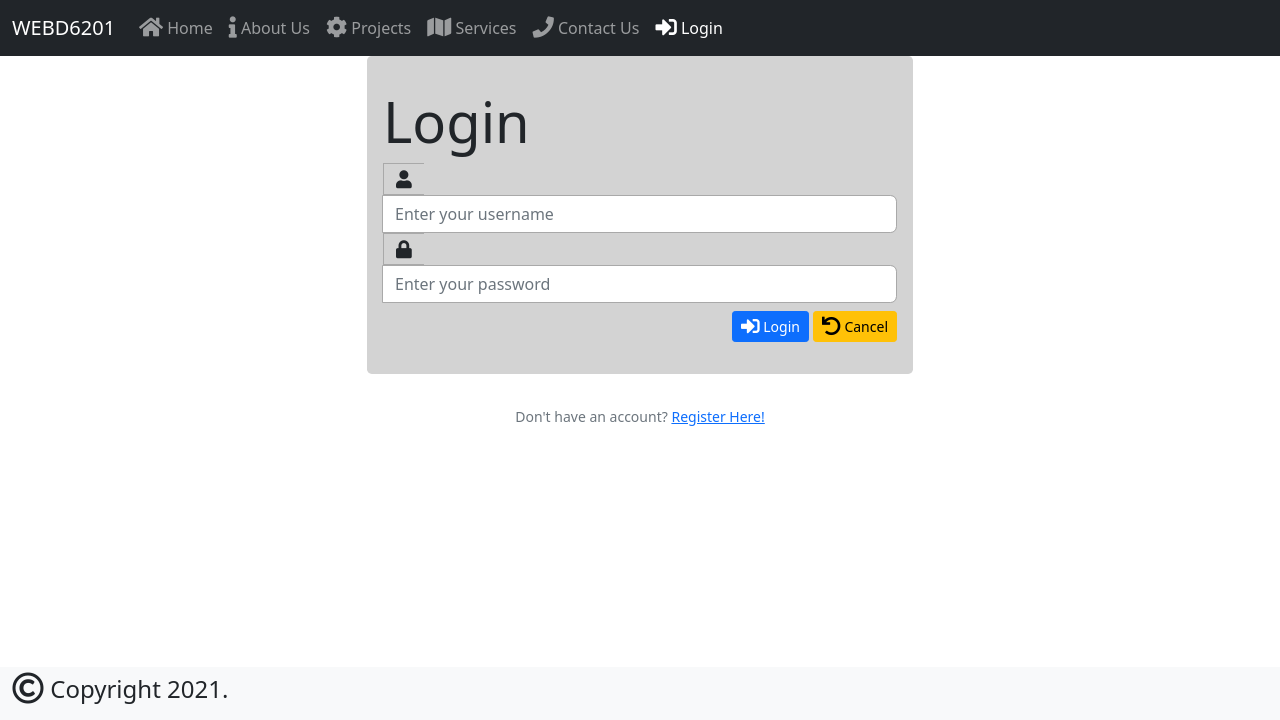
Repository: GarlicButterBoy/WEBD6201-ICE05
Page: login.html
The author's editor kept a copy of each file at every save. The page is drawn from the files as they stood at one save, then again after a run of saves.
The browser window is 1280 px wide. The pictures show the whole page.

Above is the page before, as saved 2021-02-18 08:26:30.

### login.html
<!DOCTYPE html>
<html lang="en">
<head>
    <meta charset="UTF-8">
    <meta name="viewport" content="width=device-width, initial-scale=1.0">
    <title>Login</title>
    <!-- CSS Section -->
    <link rel="stylesheet" href="./node_modules/bootstrap/dist/css/bootstrap.min.css">
    <link rel="stylesheet" href="./node_modules/@fortawesome/fontawesome-free/css/all.min.css">
    <link rel="stylesheet" href="./Content/app.css">
</head>
<body>
    <!-- Main Header -->
    <header>
        <!-- Main Navigation -->
        <nav class="navbar navbar-expand-lg navbar-dark bg-dark">
            <div class="container-fluid">
              <a class="navbar-brand" href="index.html">WEBD6201</a>
              <button class="navbar-toggler" type="button" data-bs-toggle="collapse" data-bs-target="#navbarSupportedContent" aria-controls="navbarSupportedContent" aria-expanded="false" aria-label="Toggle navigation">
                <span class="navbar-toggler-icon"></span>
              </button>
              <div class="collapse navbar-collapse" id="navbarSupportedContent">
                <ul class="navbar-nav me-auto mb-2 mb-lg-0">
                  <li class="nav-item">
                    <a class="nav-link" aria-current="page" href="index.html"><i class="fas fa-home fa-lg"></i> Home</a>
                  </li>

                  <li class="nav-item">
                    <a class="nav-link" aria-current="page" href="about.html"><i class="fas fa-info fa-lg"></i> About Us</a>
                  </li>

                  <li class="nav-item">
                    <a class="nav-link" aria-current="page" href="projects.html"><i class="fas fa-cog fa-lg"></i> Projects</a>
                  </li>

                  <li class="nav-item">
                    <a class="nav-link" aria-current="page" href="services.html"><i class="fas fa-map fa-lg"></i> Services</a>
                  </li>

                  <li class="nav-item">
                    <a class="nav-link" aria-current="page" href="contact.html"><i class="fas fa-phone fa-lg"></i> Contact Us</a>
                  </li>
                  <li id="login" class="nav-item">
                    <a class="nav-link active" aria-current="page" href="login.html"><i class="fas fa-sign-in-alt fa-lg"></i> Login</a>
                  </li>
                </ul>
              </div>
            </div>
          </nav>
    </header>

    <!-- Main Content -->
    <main class="container" id="mainContent">
      <div class="row">
          <div class="offset-md-3 col-md-6 col-sm-12">
                <div class="login" id="contentArea">
                    <h1 class="display-4">Login</h1>


                    <div id="messageArea"></div>


                    <form id="loginForm" novalidate></form>
                      <div class="form-groupmb-2">
                        <div class="input-group">
                          <span class="input-group-addon">
                            <i class="fa fa-user">
                            </i>
                          </span>
                          <input type="text" class="form-control" id="contactName" name="username"  required
                          value="" placeholder="Enter your username">
                        </div>

                      </div>

                      <div class="form-group mb-2">
                        <div class="input-group">
                          <span class="input-group-addon">
                            <i class="fa fa-lock">
                            </i>
                          </span>
                          <input type="password" class="form-control" id="password" name="password"  required
                          value="" placeholder="Enter your password">
                        </div>

                      </div>
                      <div class="text-end">
                        <button id="submitButton" type="button" class="btn btn-primary btn-sm"><i class="fas fa-sign-in-alt fa-lg"></i> Login</button>
                        <button id="cancelButton" type="button" class="btn btn-warning btn-sm"><i class="fas fa-undo fa-lg"></i> Cancel</button>
                      </div>
                    </form>

                </div>
                <p class="text-center text-muted small">
                  Don't have an account?
                  <a href="register.html">Register Here!</a>
                </p>
          </div>
      </div>
  </main>

    <!-- Main Footer -->
    <footer>
        <nav class="navbar fixed-bottom navbar-light bg-light">
            <div class="container-fluid">
              <h4><i class="far fa-copyright fa-lg"></i> Copyright 2021.</h4>
            </div>
          </nav>
    </footer>

    <!-- Script Section-->
    <script src="./node_modules/jquery/dist/jquery.min.js"></script>
    <script src="./node_modules/bootstrap/dist/js/bootstrap.bundle.min.js"></script>

    <script src="./Scripts/namespace.js"></script>
    <script src="./Scripts/user.js"></script>
    <script src="./Scripts/app.js"></script>

</body>
</html>

### Content/app.css
/* custom css goes here */
.input-group-addon:first-child
{
    border-right: 0;
}

.input-group-addon
{
    padding: 6px 12px;
    font-size: 14px;
    font-weight: 400;
    line-height: 1;
    text-align: center;
    border: 1px solid darkgrey;
    border-radius: 4xpx;
}

.input-group-addon .fa
{
    font-size: 18px;
}

.input-group .form-control
{
    position:relative;
    z-index: 2;
    float:left;
    width: 100%;
    margin-bottom: 0;
}

.input-group .form-control:last-child
{
    border-top-left-radius: 0;
    border-bottom-left-radius: 0;
}



.login
{
    padding: 2rem 1rem;
    margin-bottom: 2rem;
    background-color: lightgrey;
    border-radius: .3rem;
}

.login input
{
    background-color: white;
    border-color: darkgrey;
    border-radius: .4em;
    width: 100%;
}

### Scripts/namespace.js

//namespace core
let core;

### Scripts/user.js
"use strict";
// User Class

((core)=>
{
  class User
  {
    // getters and setters
    get DisplayName()
    {
      return this.m_displayName;
    }

    set DisplayName(value)
    {
      this.m_displayName = value;
    }

    get EmailAddress()
    {
      return this.m_emailAddress;
    }

    set EmailAddress(value)
    {
      this.m_emailAddress = value;
    }

    get Username()
    {
      return this.m_username;
    }

    set Username(value)
    {
      this.m_username = value;
    }

    get Password()
    {
      return this.m_password;
    }

    set Password(value)
    {
      this.m_password = value;
    }

    // constructor

    /**
     * Creates an instance of User.
     * @param {string} [displayName=""]
     * @param {string} [emailAddress=""]
     * @param {string} [username=""]
     * @param {string} [password=""]
     */
    constructor(displayName = "", emailAddress = "", username = "", password="")
    {
      this.DisplayName = displayName;
      this.EmailAddress = emailAddress;
      this.Username = username;
      this.Password = password;
    }

    // methods

    /**
     * This method overrides the built-in toString method for the User class
     *
     * @returns {string}
     */
    toString()
    {
      return `Display Name     : ${this.DisplayName} \nEmail Address : ${this.EmailAddress} \nUsername : ${this.Username}`;
    }

    /**
     * This method returns a JSON object made up of the properties of the User class
     *
     * @returns {Object}
     */
    toJSON()
    {
      return {
        "DisplayName": this.DisplayName,
        "EmailAddress": this.EmailAddress,
        "Username": this.Username
      }
    }

    /**
     * This method takes a JSON data object and assigns the values to the User class properties
     *
     * @param {Object} data
     */
    fromJSON(data)
    {
      this.DisplayName = data.DisplayName;
      this.EmailAddress = data.EmailAddress;
      this.Username = data.Username;
      this.Password = data.Password;
    }

    /**
     * This method converts the User into a comma-separated value string
     *
     * @returns {string}
     */
    serialize()
    {
      if(this.DisplayName !== "" && this.EmailAddress !== "" && this.Username !== "")
      {
        return `${this.DisplayName},${this.EmailAddress},${this.Username}`;
      }
      else
      {
        console.error("One or more properties of the User is empty");
        return null;
      }
    }

    /**
     * This method takes a comma-separated data string and assigns the values to the User class properties
     *
     * @param {string} data
     * @return {void}
     */
    deserialize(data)
    {
      let propertyArray = data.split(",");
      this.DisplayName = propertyArray[0];
      this.EmailAddress = propertyArray[1];
      this.Username = propertyArray[2];
    }
  }

  core.User = User;

})(core || (core={}));

### Scripts/app.js
/* custom JavaScript goes here */

//IIFE - Immediately Invoked Function Expression
//AKA - Anonymous Self-Executing Function
//Closure - limits scope leak

"use strict";
/* Example of a class being created with brand new functions
let myContact =
{
  "firstName":"Nick SF",
  "contactNumber":"905-123-4567",
  "emailAddress":"email@test.com",
  "saysHello":function() { console.log(`${fullName} says Hello!`); },
  "someOtherObject":{  "friendsList":["Tony", "Stephen", "Peter"]  }

};*/

((core) =>
{
    function displayHome()
    {
/*
      $("button").on("mouseover", function(){
        console.log("JQuery Click");
      });

      let myButton = document.querySelectorAll("button")[1];
      myButton.addEventListener("click", () => {
        console.log("Button Clicked!");
      });
*/
      //console.log(myButton);

        let paragraphOneText =
          "This is a simple site to demonstrate DOM Manipulation for ICE 1";

        let paragraphOneElement = document.getElementById("paragraphOne");

        paragraphOneElement.textContent = paragraphOneText;
        paragraphOneElement.className = "fs-5";

        // Step 1. document.createElement
        let newParagraph = document.createElement("p");
        // Step 2. configure the element
        newParagraph.setAttribute("id", "paragraphTwo");
        newParagraph.textContent = "...And this is paragraph two";
        // Step 3. select the parent element
        let mainContent = document.getElementsByTagName("main")[0];
        // Step 4. Add / Insert the element
        mainContent.appendChild(newParagraph);

        newParagraph.className = "fs-6";

        // another way of injecting content
        let paragraphDiv = document.createElement("div");
        let paragraphThree = `<p id="paragraphThree" class="fs-7 fw-bold">And this is the Third Paragraph</p>`;
        paragraphDiv.innerHTML = paragraphThree;

        // insertions

        // example of inserting before a node
        //newParagraph.before(paragraphDiv);

        // example of inserting after a node
        newParagraph.after(paragraphDiv);

        // deletions

        // example of removing a single element
        //paragraphOneElement.remove();

        // example of removeChild
        mainContent.removeChild(paragraphOneElement);

        // update / modification
        //mainContent.firstElementChild.textContent = "Welcome Home!";

        mainContent.innerHTML = `<h1 id="firstHeading">Welcome to WEBD6201 - Lab 1</h1>
         <p id="paragraphOne" class="fs-3 fw-bold">This is my first Paragraph</p>
        `;

    }

    function displayAbout()
    {

    }

    function displayProjects()
    {

    }

    function displayServices()
    {

    }

    function displayContact()
    {
        TestFullName();
        TestContactNumber();
        TestEmailAddress();

        //let fullName = document.getElementById("fullName");
        //fullName.addEventListener("blur", function() {});

        $("#sendButton").on("click", (event)=>
        {
          if ($("#subscribeCheckbox")[0].checked)
          {
            let contact = new core.Contact(fullName.value, contactNumber.value, emailAddress.value);
            if(contact.serialize()) //checking if the serialized object exists
            {
              let key = contact.FullName.substring(0, 1) + Date.now();

              localStorage.setItem(key, contact.serialize());
            }
          }
        });


    }
    function displayContactList()
    {
      /*
      //Step 1: Create an XHR Object
      let XHR = new XMLHttpRequest();

      //Step 2: Open the connection to file/url
      XHR.open("GET", "./Data/contacts.json");

      //Step 3: Send request to the server
      XHR.send();

      //Step 4: Listen for a response
      XHR.addEventListener("readystatechange", function()
      {
        let contactData = "";
        //Step 5: Ensure the server is ready and there are no errors
        if (XHR.readyState === 4 && XHR.status === 200)
        {
          let contacts = JSON.parse(XHR.responseText).contacts;


          let contactIndex = 0;

          //Step 6: Do something with the data
          for (const contact of contacts)
          {

            let newContact = new core.Contact();
            newContact.fromJSON(contact);

            contactData += `<tr>
                    <th scope="row">${contactIndex}</th>
                    <td>${newContact.FullName}</td>
                    <td>${newContact.ContactNumber}</td>
                    <td>${newContact.EmailAddress}</td>
                    <td class="text-center"><button class="btn btn-primary btn-sm edit" value="${contactIndex}"><i class="fas fa-sm fa-edit"></i> Edit</button></td>
                    <td class="text-center"><button class="btn btn-warning btn-sm delete" value="${contactIndex}"><i class="fas fa-sm fa-trash-alt"></i> Delete</button></td>
                    </tr>`;
            contactIndex++;
          }
          //console.log(JSON.parse(XHR.responseText));


        }

      });
      */
      //console.log("outside the event listener" + XHR.responseText);

      if(localStorage.length > 0)
      {
        let contactList = document.getElementById("contactList");

        let data = "";
        let keys = Object.keys(localStorage);

        let index = 1;

        for (const key of keys)
        {
          console.log(key);
          let contactData = localStorage.getItem((key).toString());

          console.log(contactData);

          let contact = new core.Contact();
          contact.deserialize(contactData);

          data += `<tr>
                  <th scope="row">${index}</th>
                  <td>${contact.FullName}</td>
                  <td>${contact.ContactNumber}</td>
                  <td>${contact.EmailAddress}</td>
                  <td class="text-center"><button class="btn btn-primary btn-sm edit" value="${key}"><i class="fas fa-sm fa-edit"></i> Edit</button></td>
                  <td class="text-center"><button class="btn btn-warning btn-sm delete" value="${key}"><i class="fas fa-sm fa-trash-alt"></i> Delete</button></td>
                  </tr>`;
          index++;
        }

        contactList.innerHTML = data;
        //TODO: Create an Edit page
        $("button.edit").on("click", function()
        {
          location.href = "edit.html#" + $(this).val();
        });


        $("button.delete").on("click", function()
        {
          if(confirm("Are you sure?"))
          {
            localStorage.removeItem($(this).val());
          }
          location.href = "contact-list.html";
        });

        $("#addButton").on("click", function()
        {
          location.href = "edit.html";
        })
      }


    }
    function displayEdit()
    {

      let key = location.hash.substring(1);

      let contact = new core.Contact();

      //Simple check to ensure the key is not empty
      if(key != "")
      {
        //get contact info from localStorage
        contact.deserialize(localStorage.getItem(key));
        //Display contact info
        $("#fullName").val(contact.FullName);
        $("#contactNumber").val(contact.ContactNumber);
        $("#emailAddress").val(contact.EmailAddress);
      }
      else
      {
        //modify the page so its an add, not an edit
        $("main>h1").text("Add Contact");
        $("#editButton").html(`<i class="fas fa-plus-square fa-lg"></i> Add`)

      }

      TestFullName();
      TestContactNumber();
      TestEmailAddress();

      //Edit Button
      $("#editButton").one("click", function()
      {

        if (document.forms[0].checkValidity())
        {
          //If key is empty, make new one
        if (key == "")
        {
          key = contact.FullName.substring(0, 1) + Date.now();
        }

        //Update the contact info using the newly typed data
        contact.FullName = $("#fullName").val();
        contact.ContactNumber = $("#contactNumber").val();
        contact.EmailAddress = $("#emailAddress").val();

        //Update localStorage
        localStorage.setItem(key, contact.serialize());
         //Navigate back to the contact-list.html
         location.href = "contact-list.html";
        }

      });
      //Cancel Button
      $("#cancelButton").on("click", function()
      {
        //return to contact-list.html
        location.href = "contact-list.html";
      });

    }

    function TestContactNumber()
    {
      let messageArea = $("#messageArea");
      let contactNumberPattern = /^(\+\d{1,2}\s)?\(?\d{3}\)?[\s.-]\d{3}[\s.-]\d{4}$/;
      // form validation
      $("#contactNumber").on("blur", function()
      {


        if(!contactNumberPattern.test($(this).val()))
          {
              //JQuery example of the lines below
             $(this).trigger("focus").trigger("select");
             messageArea.show().addClass("alert alert-danger").text("Please enter a valid phone number.");
          }
          else
          {
             //JQuery example of the line below
              messageArea.removeAttr("class").hide();
             //messageArea.hidden = true;
             //messageArea.removeAttribute("class");
          }
      });
    }

    function TestEmailAddress()
    {
      let messageArea = $("#messageArea");
      let emailAddressPattern = /^([a-zA-Z0-9._%-]+@[a-zA-Z0-9.-]+\.[a-zA-Z]{2,6})*$/;
      // form validation
      $("#emailAddress").on("blur", function()
      {


        if(!emailAddressPattern.test($(this).val()))
          {
              //JQuery example of the lines below
             $(this).trigger("focus").trigger("select");
             messageArea.show().addClass("alert alert-danger").text("Please enter a valid email address.");
          }
          else
          {
             //JQuery example of the line below
              messageArea.removeAttr("class").hide();
             //messageArea.hidden = true;
             //messageArea.removeAttribute("class");
          }
      });
    }

    function TestFullName()
    {
      //This is the same as below
      let messageArea = $("#messageArea").hide();
      let fullNamePattern = /([A-Z][a-z]{1,25})+(\s|,|-)([A-Z][a-z]{1,25})+(\s|,|-)*/;
      // form validation
      $("#fullName").on("blur", function()
      {


        if(!fullNamePattern.test($(this).val()))
          {
              //JQuery example of the lines below
             $(this).trigger("focus").trigger("select");
             messageArea.show().addClass("alert alert-danger").text("Please enter a valid Full Name. Must have a first and last name, starting with capital letters.");
          }
          else
          {
             //JQuery example of the line below
              messageArea.removeAttr("class").hide();
             //messageArea.hidden = true;
             //messageArea.removeAttribute("class");
          }
      });
  }

  function displayLogin()
  {


    //Cancel Button
    $("#cancelButton").on("click", function()
    {
      //clear the login form
      document.forms[0].reset();

      //return to contact-list.html
      location.href = "index.html";
    });
  }

  function displayRegister()
  {

  }

    function Start()
    {
        console.log("App Started...");




        switch (document.title)
        {
          case "Home":
              displayHome();
            break;
          case "About":
              displayAbout();
            break;
          case "Projects":
              displayProjects();
            break;
          case "Services":
              displayServices();
            break;
          case "Contact":
              displayContact();
            break;
          case "Contact-List":
              displayContactList();
              break;
          case "Edit":
              displayEdit();
            break;
          case "Login":
              displayLogin();
            break;
          case "Register":
              displayRegister();
            break;
        }

    }

    window.addEventListener("load", Start);

    core.Start = Start;


})  (core || (core={}));

Loaded but not shown: node_modules/bootstrap/dist/css/bootstrap.min.css (library); node_modules/@fortawesome/fontawesome-free/css/all.min.css (library); node_modules/jquery/dist/jquery.min.js (library); node_modules/bootstrap/dist/js/bootstrap.bundle.min.js (library)

After the next 2 saves:
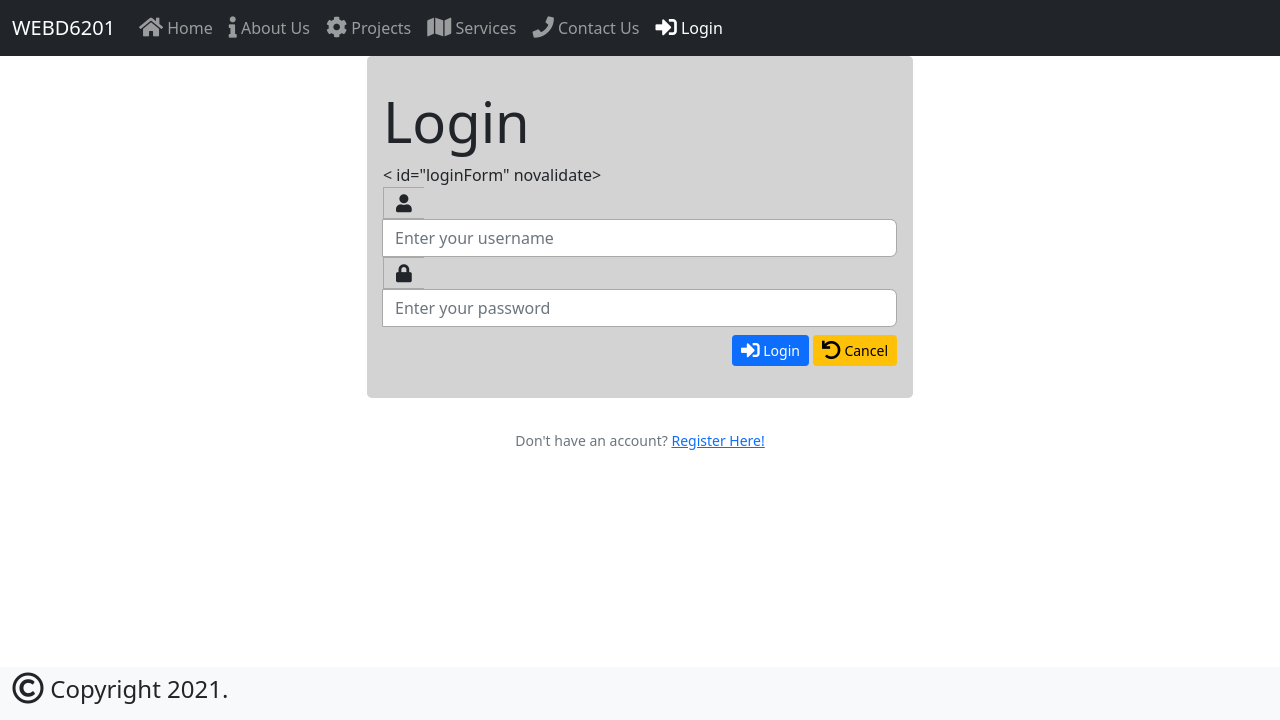
The 2 saves are shown as one change because they came seconds apart.
The last was saved 17 s later.
--- a/login.html
+++ b/login.html
@@ -60,7 +60,7 @@
                     <div id="messageArea"></div>
 
 
-                    <form id="loginForm" novalidate></form>
+                    < id="loginForm" novalidate></>
                       <div class="form-groupmb-2">
                         <div class="input-group">
                           <span class="input-group-addon">

After the 3 saves that followed:
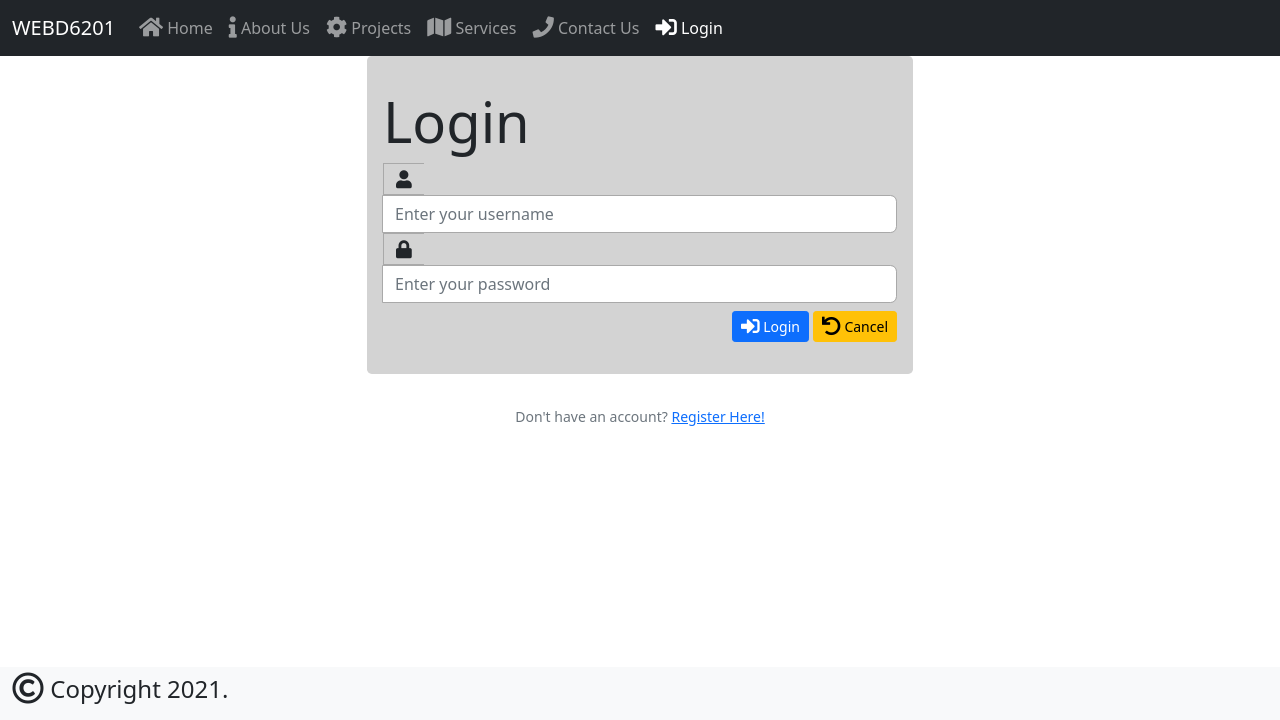
The 3 saves are shown as one change because they came seconds apart.
The last was saved 10 s later.
--- a/login.html
+++ b/login.html
@@ -60,7 +60,7 @@
                     <div id="messageArea"></div>
 
 
-                    < id="loginForm" novalidate></>
+                    <form id="loginForm" novalidate>
                       <div class="form-groupmb-2">
                         <div class="input-group">
                           <span class="input-group-addon">
